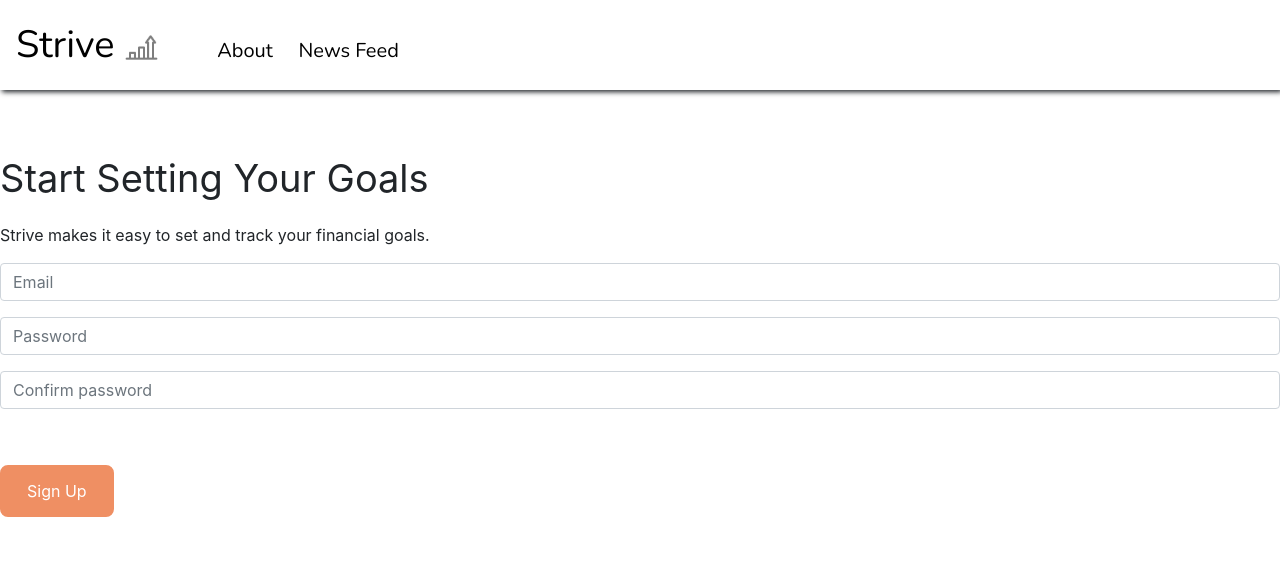
Repository: NoraOK/Strive
Page: http://localhost/strive/WEB-INF/strive/register.jsp
An editor plug-in stored every save of this project. The page is shown before and after the next save, followed by the edit.
The browser window is 1280 px wide. The pictures show the whole page.
The page is served by Tomcat 9. Nobody is signed in. Other server files are loaded and not shown. The template is opened directly, without the code that normally fills it, so the values that code supplies are empty.

Above is the page before, as saved 2019-12-18 19:06:17.

### strive/src/main/webapp/WEB-INF/strive/register.jsp
<%@ page language="java" contentType="text/html; charset=UTF-8"
    pageEncoding="UTF-8"%>
<%@ taglib prefix="form" uri="http://www.springframework.org/tags/form"%>
<!DOCTYPE html>
<html>
<head>
<meta charset="UTF-8">
<title>Strive | Sign Up</title>
	<link rel="stylesheet" href="https://stackpath.bootstrapcdn.com/bootstrap/4.3.1/css/bootstrap.min.css" integrity="sha384-ggOyR0iXCbMQv3Xipma34MD+dH/1fQ784/j6cY/iJTQUOhcWr7x9JvoRxT2MZw1T" crossorigin="anonymous">
	<link href="/css/register.css" rel="stylesheet" type="text/css"/>
	<link href="https://fonts.googleapis.com/css?family=Nunito&display=swap" rel="stylesheet">
</head>
<body>
	<div>
		<jsp:include page="headerNoLogout.jsp"/>
	</div>
	<div class="body">
		<p class="slogan">Start Setting Your Goals</p>
		<p>Strive makes it easy to set and track your financial goals.</p>

    	<p style="color:red;"><form:errors path="user.*"/></p>

    	<form:form method="POST" action="/registration" modelAttribute="user">
	        <p>
	            <p style="color:red;"><form:errors path="email"/></p>
	            <form:input path="email" class="form-control" placeholder="Email"/>
	        </p>
	        <p>
	            <p style="color:red;"><form:errors path="password"/></p>
	            <form:password path="password" class="form-control" placeholder="Password"/>
	        </p>
	        <p>
	            <p style="color:red;"><form:errors path="passwordConfirmation"/></p>
	            <form:password path="passwordConfirmation" class="form-control" placeholder="Confirm password"/>
	        </p>
	        <input type="submit" value="Sign Up" class="sign_up"/>
    	</form:form>
	</div>
</body>
</html>

### strive/src/main/webapp/WEB-INF/strive/headerNoLogout.jsp
<%@ page language="java" contentType="text/html; charset=UTF-8"
    pageEncoding="UTF-8"%>
<!DOCTYPE html>
<html>
<head>
<meta charset="UTF-8">
<title>Insert title here</title>
	<link rel="stylesheet" href="https://stackpath.bootstrapcdn.com/bootstrap/4.3.1/css/bootstrap.min.css" integrity="sha384-ggOyR0iXCbMQv3Xipma34MD+dH/1fQ784/j6cY/iJTQUOhcWr7x9JvoRxT2MZw1T" crossorigin="anonymous">
	<link href="/css/header.css" rel="stylesheet" type="text/css"/>
	<link href="https://fonts.googleapis.com/css?family=Nunito&display=swap" rel="stylesheet">
</head>
<body>
	<header class="p-3">
		<div class="logo d-inline">
			<a href="/" class="d-inline home_button">Strive <img class="header_img" src="/images/icon2.png" alt=""></a>
			<div class="d-inline links pl-5">
				<a class="d-inline link" href="">About</a>
				<a class="d-inline link pl-3" href="">News Feed</a>
			</div>
		</div>
	</header>
</body>
</html>

### strive/src/main/resources/static/css/register.css
.body{
	padding-top: 150px;
	font-family: font-family: 'Nunito', sans-serif;
	background-color:
}


.slogan{
	font-size: 38px;
	font-weight: extra-light;
}

.about{
	font-size: 20px;
}



/* ------------------------------------- */
/*           Sign up button              */
/* ------------------------------------- */


.sign_up{
	border:2px solid #EF8F63 ;
	border-radius: 8px;
	background-color: #EF8F63;
	padding: 12px 25px;
	color: white;
}

.sign_up:hover{
	border:2px solid #F9AD86 ;
	border-radius: 8px;
	background-color: #F9AD86;
	padding: 12px 25px;
	color: white;
}
input[type=submit]{
	margin-top: 40px;
}

### strive/src/main/resources/static/css/header.css
header{
	box-shadow: 2px 2px 5px;
	height: 90px;
	z-index: 10;
    position: fixed;
    width: 100%;
    font-family:'Nunito', sans-serif;
    background-color: white;
}

.logo{
	font-size: 38px;

}
.header_img{
	background-color: white;
	width: 35px;
	opacity: .5;
}

.button{
	font-size: 17px;
	color: black;
}

.link {
	font-size: 20px;
	color: black;
}

a:link {
  text-decoration: none;
}

a:visited {
  text-decoration: none;
}

a:hover {
  text-decoration: none;
}

.logout_button{
	border: solid 1.5px #F9AD86;
	border-radius: 8px;
	padding:  8px;
	color: black;
}

.logout_button:hover {
	background-color: #F9AD86;
	color: white;
}

.buttons{
	margin-left: 60%;
}

.home_button{
	color: black;
}

After the next save:
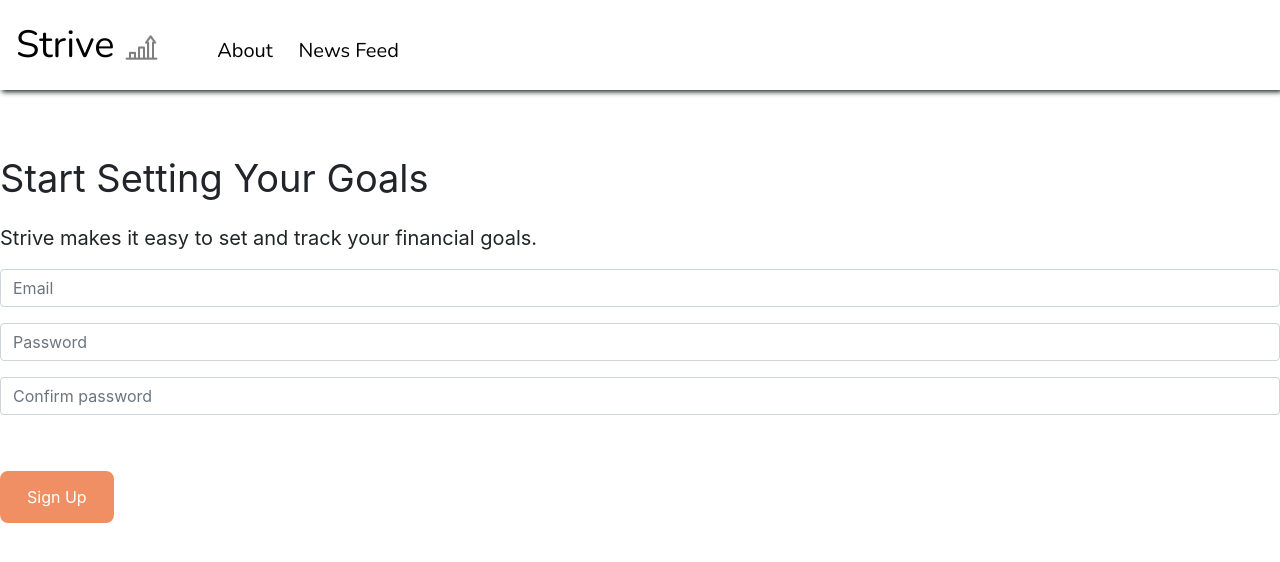
Saved 2 s later.
--- a/strive/src/main/webapp/WEB-INF/strive/register.jsp
+++ b/strive/src/main/webapp/WEB-INF/strive/register.jsp
@@ -16,7 +16,7 @@
 	</div>
 	<div class="body">
 		<p class="slogan">Start Setting Your Goals</p>
-		<p>Strive makes it easy to set and track your financial goals.</p>
+		<p class="about">Strive makes it easy to set and track your financial goals.</p>
 
     	<p style="color:red;"><form:errors path="user.*"/></p>
 
